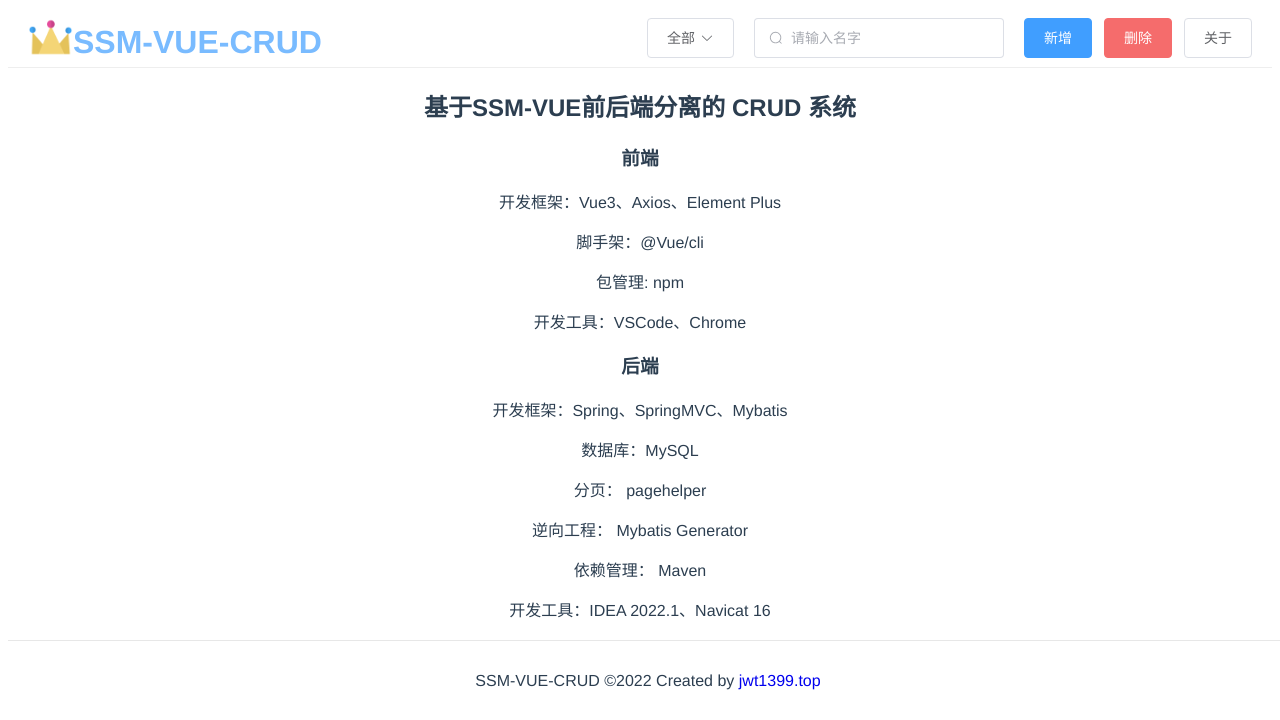
Repository: jwt1399/ssm-vue-crud
Page: /#/about (app in ssm-crud-front/)
The author's editor kept a copy of each file at every save. The page is drawn from the files as they stood at one save, then again after the next save.
The browser window is 1280 px wide. The pictures show the whole page.
The project was rebuilt for these pictures with package versions that can differ from the ones it lists, and the page was loaded fresh each time. Also part of the build but not shown: ssm-crud-front/vue.config.js, ssm-crud-front/src/components/Form.vue, ssm-crud-front/src/views/CrudView.vue.

Above is the page before, as saved 2022-06-09 13:14:26.

### ssm-crud-front/public/index.html
<!DOCTYPE html>
<html lang="zh-Hans">
  <head>
    <meta charset="utf-8">
    <meta http-equiv="X-UA-Compatible" content="IE=edge">
    <meta name="viewport" content="width=device-width,initial-scale=1.0">
    <link rel="icon" href="<%= BASE_URL %>favicon.png">
    <title><%= htmlWebpackPlugin.options.title %></title>
  </head>
  <body>
    <noscript>
      <strong>We're sorry but <%= htmlWebpackPlugin.options.title %> doesn't work properly without JavaScript enabled. Please enable it to continue.</strong>
    </noscript>
    <div id="app"></div>
    <!-- built files will be auto injected -->
  </body>
</html>

### ssm-crud-front/src/main.js
import { createApp } from 'vue'
import App from './App.vue'
import router from './router'
import ElementPlus from 'element-plus'
import 'element-plus/dist/index.css'
import * as ElementPlusIconsVue from '@element-plus/icons-vue'

const app = createApp(App)

//配置全局icon
for (const [key, component] of Object.entries(ElementPlusIconsVue)) {
    app.component(key, component)
  }

app.use(router).use(ElementPlus).mount('#app')

### ssm-crud-front/src/App.vue
<template>
  <Header/>
  <router-view/>
  <Footer/>
</template>

<script>
import Header from '@/components/Header.vue'
import Footer from '@/components/Footer.vue'
export default {
    components: {
        Header,
        Footer,
    }
}
</script>

<style>
#app {
  font-family: Avenir, Helvetica, Arial, sans-serif;
  -webkit-font-smoothing: antialiased;
  -moz-osx-font-smoothing: grayscale;
  /* text-align: center; */
  color: #2c3e50;
}
</style>

### ssm-crud-front/src/router/index.js
import { createRouter, createWebHashHistory } from 'vue-router'
import CrudView from '../views/CrudView.vue'
const routes = [
  {
    path: '/',
    name: 'home',
    component: CrudView
  },
  {
    path: '/about',
    name: 'about',
    // route level code-splitting
    // this generates a separate chunk (about.[hash].js) for this route
    // which is lazy-loaded when the route is visited.
    component: () => import(/* webpackChunkName: "about" */ '../views/AboutView.vue')
  }
]

const router = createRouter({
  history: createWebHashHistory(),
  routes
})

export default router

### ssm-crud-front/src/components/Header.vue
<template>
 <el-header class="header">
    <div class="nav">
        <a href="/" class="nav-link">
            <img src="../assets/favicon.png" alt="logo" class="nav-logo">
            <h1 class="nav-title ">SSM-VUE-CRUD</h1>
        </a>
    </div>
    <div class="nav-item">
        <el-dropdown>
            <el-button size="large">
                全部
                <el-icon class="el-icon--right">
                    <arrow-down />
                </el-icon>
            </el-button>
            <template #dropdown>
                <el-dropdown-menu>
                    <el-dropdown-item>Action 1</el-dropdown-item>
                    <el-dropdown-item>Action 2</el-dropdown-item>
                </el-dropdown-menu>
            </template>
        </el-dropdown>

        <div class="nav-search">
            <el-input
            placeholder="请输入名字"
            v-model="search"
            size="large"
            @change="searchChange"
            clearable >
                <template #prefix>
                    <el-icon class="el-input__icon"><search /></el-icon>
                </template>
            </el-input>

        </div>
        <el-button type="primary" size="large" @click="addEmployee()">新增</el-button>
        <el-button type="danger" size="large" @click="batchDeleteEmployee()">删除</el-button>
        <!-- <router-link to='/about'> -->
        <el-button type="default" size="large" @click="skipAbout()">关于</el-button>
        <!-- </router-link> -->
    </div>
</el-header>
</template>

<script>
import { useRouter } from 'vue-router'

export default {
    name: 'Header',
    setup() {
        const router = useRouter()
        const skipAbout = ()=>{
        // window.location.href='#/about';
        // router.push({path:'about'})
        router.push({ name: 'about'})
        }
        return {
            skipAbout,
        }
    },

}


</script>



<style scoped>
.nav-logo {
	height: 45px;
	width: 45px;
	vertical-align: middle;
	display: inline-block;
}

.nav-title {
	font-size: 2rem;
	display: inline-block;
	vertical-align: middle;
	color: #79bbff;
	padding-top: 10px;
}

.nav-item {
	display: flex;
	align-items: center;
}

.nav-search {
	width: 250px;
	margin: 0 20px;
}

.header {
	display: flex;
	align-items: center;
	justify-content: space-between;
	width: 100%;
	border-bottom: 1px solid #eee;
	min-width: 800px;
}



</style>

### ssm-crud-front/src/components/Footer.vue
<template>
<el-footer class="footer">
    <span>SSM-VUE-CRUD ©2022 Created by </span>
    <a href="https://jwt1399.top" style="text-decoration: none;"> jwt1399.top</a>
 </el-footer>
</template>


<script>
export default{
    name:'Footer',
}
</script>

 <style scoped>
.footer {
    /* 固定在底部18-19 */
    position: fixed;
    bottom: 0px;
    text-align: center;
    width: 100%;
    /* 垂直居中23-24 */
    height: 80px;
    line-height:80px;
    background-color: #fff;
    border-top:1px solid #E7E7E7;

}

</style>

### ssm-crud-front/src/views/AboutView.vue
<template>
  <div class="about">
    <h2>基于SSM-VUE前后端分离的 CRUD 系统</h2>
    <h3>前端</h3>
    <p>开发框架：Vue3、Axios、Element Plus</p>
    <p>脚手架：@Vue/cli</p>
    <p>包管理: npm</p>
    <p>开发工具：VSCode、Chrome</p>
    <h3>后端</h3>
    <p>开发框架：Spring、SpringMVC、Mybatis</p>
    <p>数据库：MySQL</p>
    <p>分页： pagehelper</p>
    <p>逆向工程： Mybatis Generator</p>
    <p>依赖管理： Maven</p>
    <p>开发工具：IDEA 2022.1、Navicat 16</p>
  </div>
</template>

<style scoped>
.about{
  text-align: center;
}
</style>

After the next save:
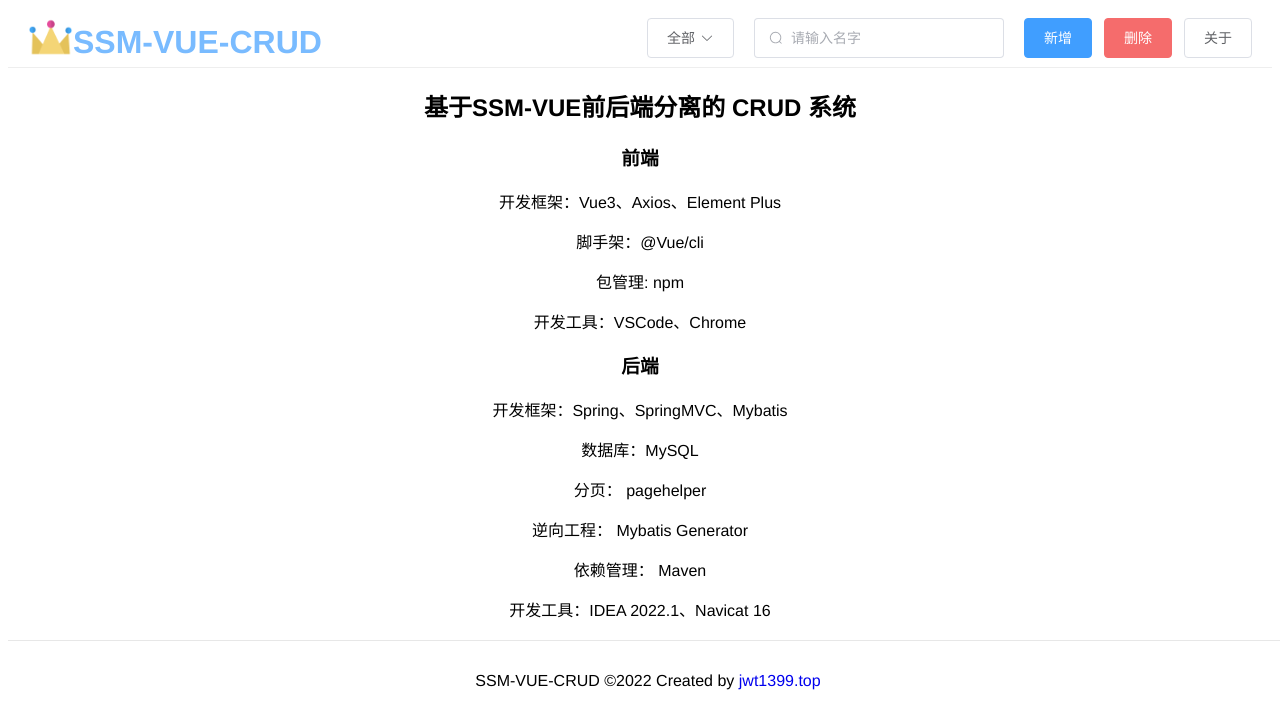
Saved 49 s later.
--- a/ssm-crud-front/src/App.vue
+++ b/ssm-crud-front/src/App.vue
@@ -21,6 +21,6 @@ export default {
   -webkit-font-smoothing: antialiased;
   -moz-osx-font-smoothing: grayscale;
   /* text-align: center; */
-  color: #2c3e50;
+  /* color: #2c3e50; */
 }
 </style>
